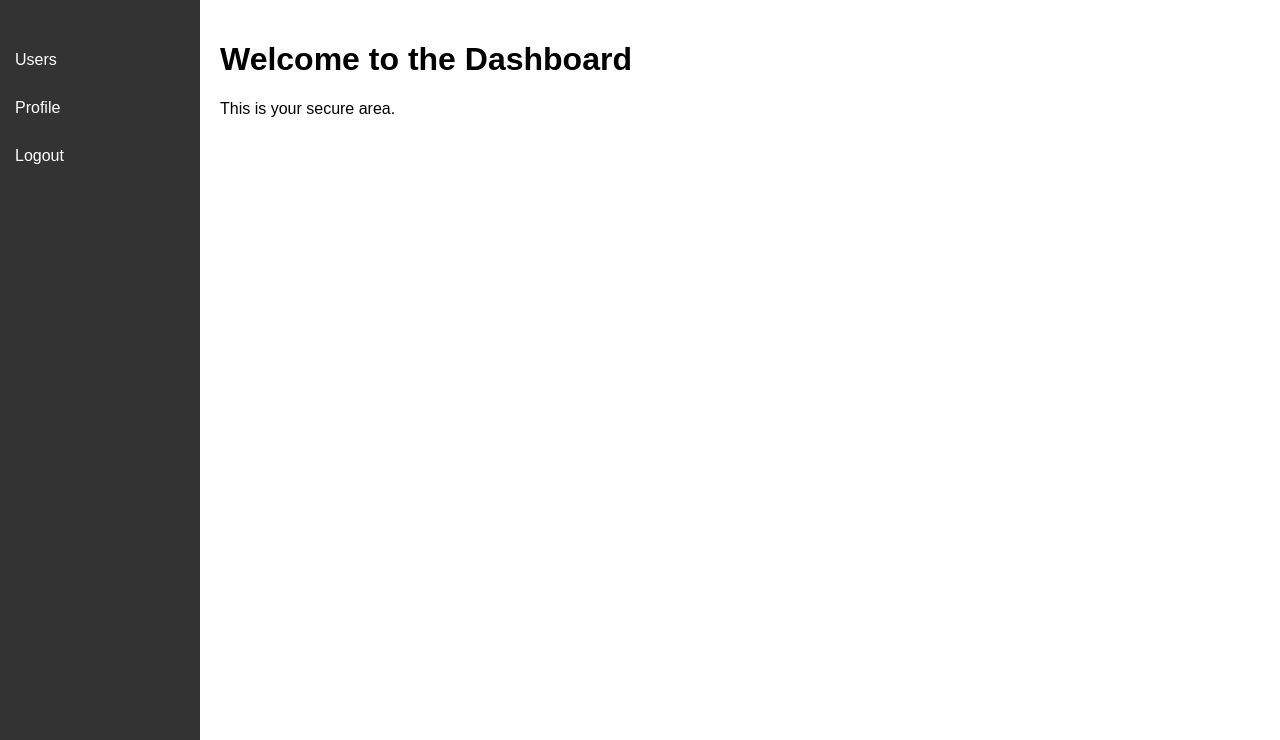
Repository: chennammal15saravanan/Super_Admin
Page: http://localhost/dashboard
An editor plug-in stored every save of this project. The page is shown before and after a run of saves, followed by the edit.
The browser window is 1280 px wide. The pictures show the whole page.
The page is served by the project's application, run on Flask 3 (app.py).

Above is the page before, as saved 2025-06-13 15:07:00.

After the next 2 saves:
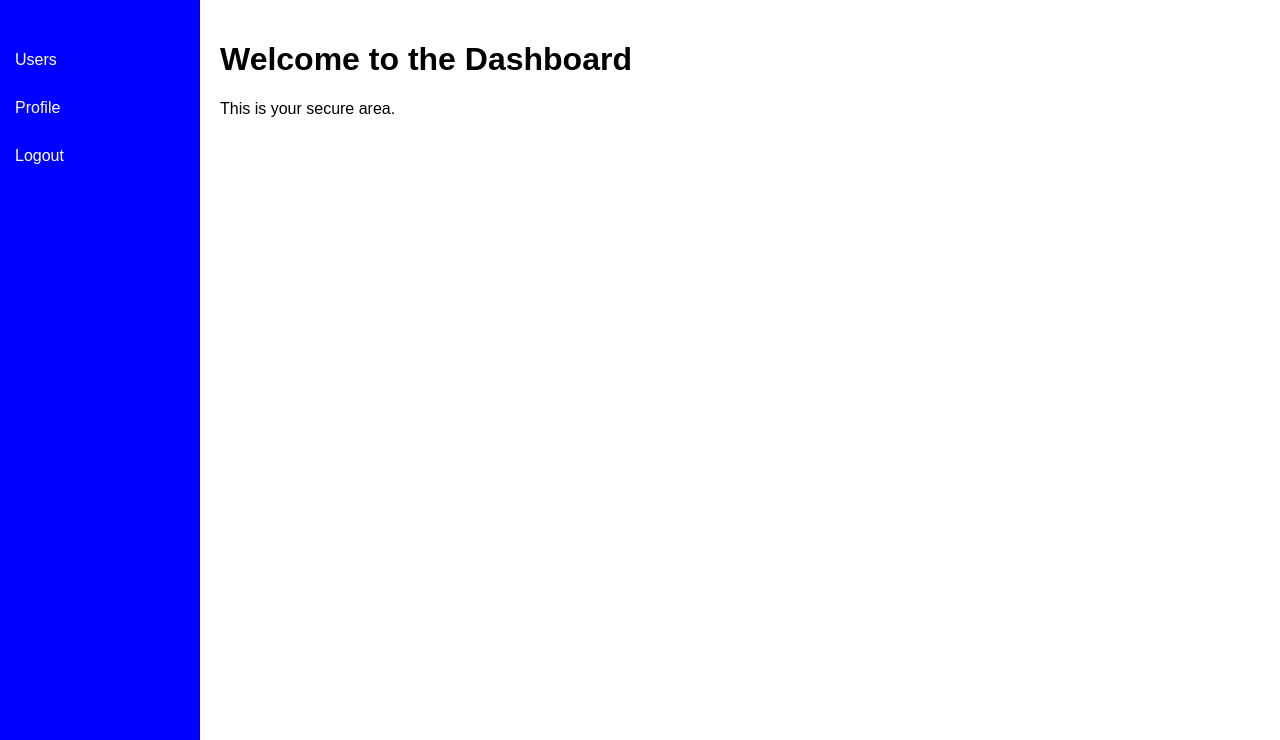
The 2 saves are shown as one change because they came seconds apart.
The last was saved 3 min 34 s later.
--- a/static/css/dashboard.css
+++ b/static/css/dashboard.css
@@ -6,7 +6,7 @@ body {
 
 .sidebar {
   width: 200px;
-  background-color: #333;
+  background-color: blue;
   color: white;
   height: 100vh;
   padding-top: 20px;
